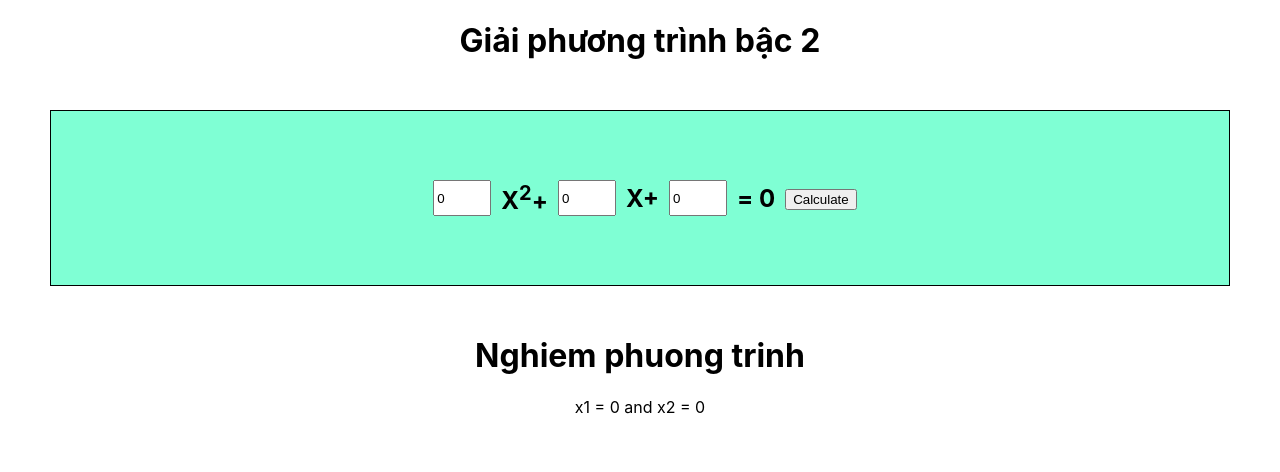
Repository: Trinvm1997/ReactExercise
Page: / (app in quadratic_equation/)
An editor plug-in stored every save of this project. The page is shown before and after the next save, followed by the edit.
The browser window is 1280 px wide. The pictures show the whole page.
The project was rebuilt for these pictures with package versions that can differ from the ones it lists, and the page was loaded fresh each time.

Above is the page before, as saved 2020-12-24 10:33:07.

### quadratic_equation/src/App.js
import './App.css';
import React, { Component } from 'react';

class App extends Component {
  constructor(props) {
    super(props);
    this.state = {
      inputA:0,
      inputB:0,
      inputC:0,
      x1:0,
      x2:0

    };
    this.handleChange = this.handleChange.bind(this);
    this.handleSubmit = this.handleSubmit.bind(this);

  }

  handleChange(event) {
    const value = event.target.value;
    const name = event.target.name;
    this.setState({
      [name]: value
    });
  }

  handleSubmit(event) {
    event.preventDefault();
    if(Math.pow(this.state.inputB,2) - 4*this.state.inputA*this.state.inputC < 0){
      this.setState({
          x1: "undefined",
          x2: "undefined"
        });
    }else{
      this.setState({
      x1: (- this.state.inputB + Math.sqrt(Math.pow(this.state.inputB,2) - 4*this.state.inputA*this.state.inputC))/(2*this.state.inputA),
      x2: (- this.state.inputB - Math.sqrt(Math.pow(this.state.inputB,2) - 4*this.state.inputA*this.state.inputC))/(2*this.state.inputA)
    });
  }
}

  render() {
    return (
      <div className="App">
        <h1>Giải phương trình bậc 2 </h1>
        <form>
          <input type="number" name="inputA" value={this.state.inputA} onChange={this.handleChange}></input>
          <h2>X<sup>2</sup>+</h2>
          <input type="number" name="inputB" value={this.state.inputB} onChange={this.handleChange}></input>
          <h2>X+</h2>
          <input type="number" name="inputC" value={this.state.inputC} onChange={this.handleChange}></input>
          <h2>= 0</h2>
          <button onClick={this.handleSubmit}>Calculate</button>
        </form>
        <h1>Nghiem phuong trinh</h1>
        <p>x1 = {this.state.x1} and x2 = {this.state.x2}</p>
      </div>
    );
  }
}

export default App;

### quadratic_equation/src/App.css
.App {
  text-align: center;
}

.App-logo {
  height: 40vmin;
  pointer-events: none;
}

@media (prefers-reduced-motion: no-preference) {
  .App-logo {
    animation: App-logo-spin infinite 20s linear;
  }
}

.App-header {
  background-color: #282c34;
  min-height: 100vh;
  display: flex;
  flex-direction: column;
  align-items: center;
  justify-content: center;
  font-size: calc(10px + 2vmin);
  color: white;
}

.App-link {
  color: #61dafb;
}

form {
  display: flex;
  justify-content: center;
  border: 1px solid black;
  margin: 50px;
  padding: 50px;
  align-items: center;
  background-color: aquamarine;
}

form input {
  margin-left: 10px;
  margin-right: 10px;
}

input {
  width: 50px;
  height: 30px;
}

button {
  margin-left: 10px;
  cursor: pointer;
  margin-top: 3px;
}

@keyframes App-logo-spin {
  from {
    transform: rotate(0deg);
  }
  to {
    transform: rotate(360deg);
  }
}

Loaded but not shown: quadratic_equation/public/index.html (common file); quadratic_equation/src/index.js (common file); quadratic_equation/src/index.css (common file); quadratic_equation/src/reportWebVitals.js (common file)

After the next save:
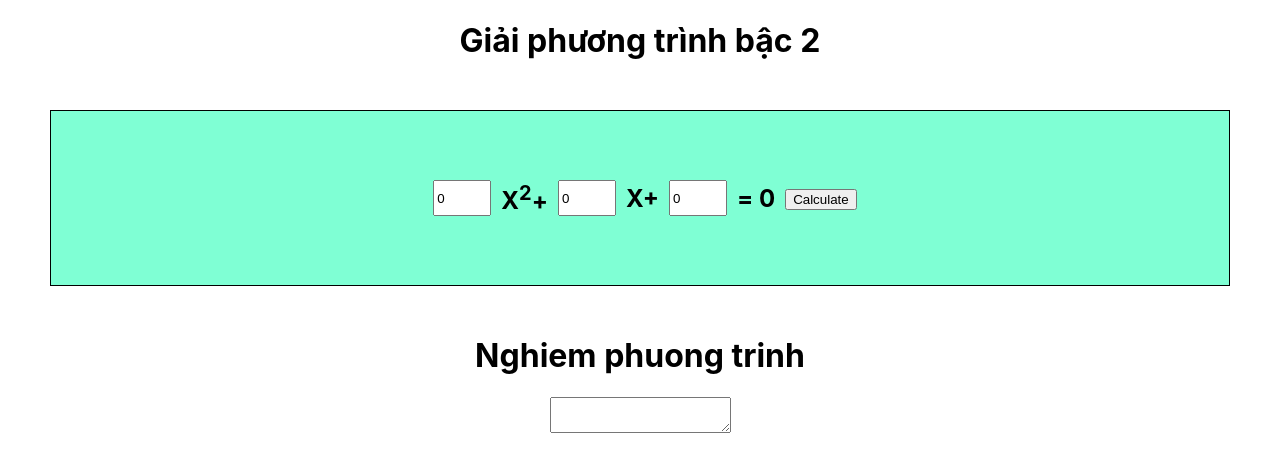
Saved 97 s later.
--- a/quadratic_equation/src/App.js
+++ b/quadratic_equation/src/App.js
@@ -8,8 +8,7 @@ class App extends Component {
       inputA:0,
       inputB:0,
       inputC:0,
-      x1:0,
-      x2:0
+      result:""
 
     };
     this.handleChange = this.handleChange.bind(this);
@@ -54,7 +53,7 @@ class App extends Component {
           <button onClick={this.handleSubmit}>Calculate</button>
         </form>
         <h1>Nghiem phuong trinh</h1>
-        <p>x1 = {this.state.x1} and x2 = {this.state.x2}</p>
+        <textarea>{this.state.result}</textarea>
       </div>
     );
   }
